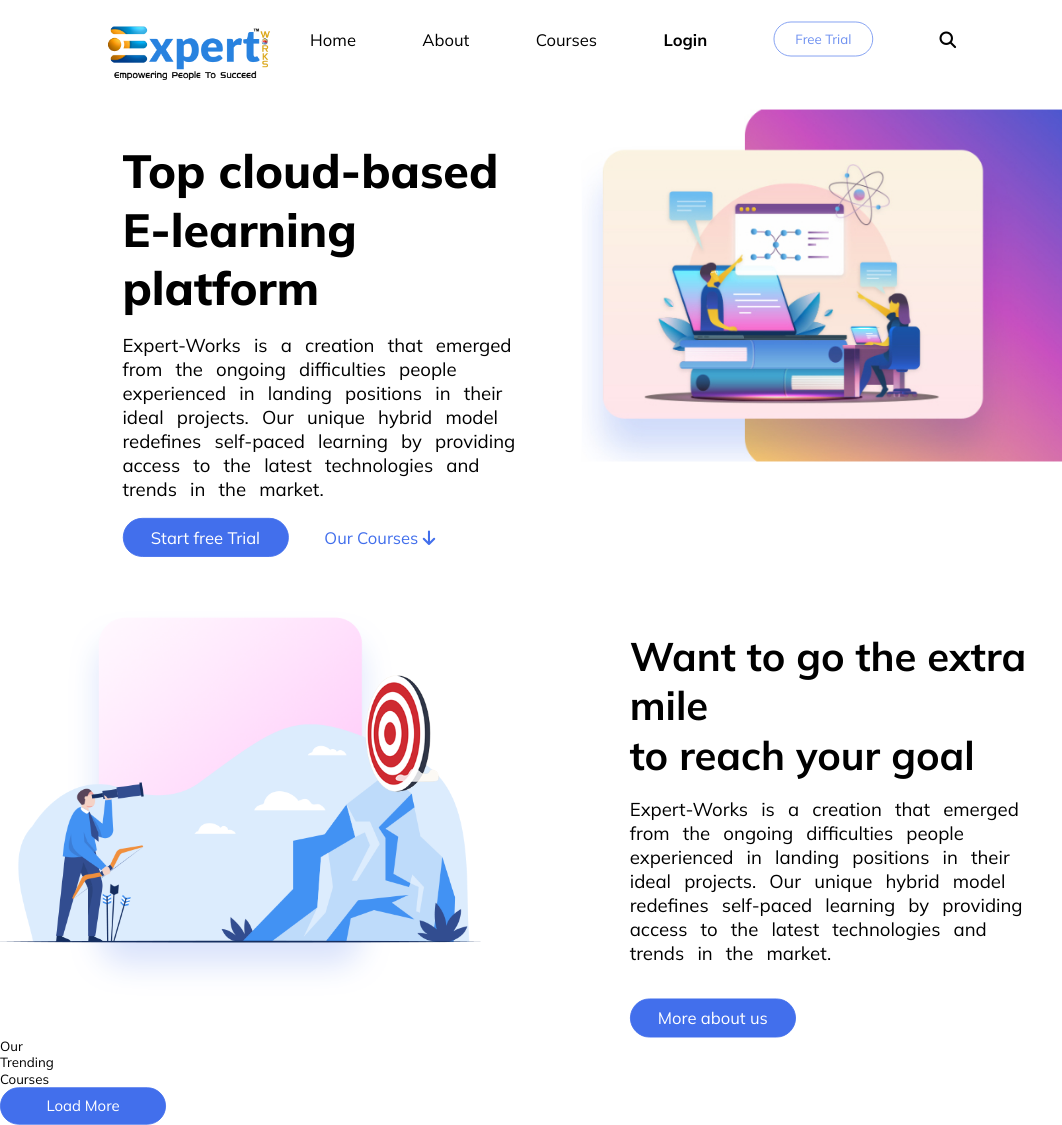
Repository: FlyweisReact/Raghu-B2C
Page: /homePage
An editor plug-in stored every save of this project. The page is shown before and after the next save, followed by the edit.
The browser window is 1280 px wide. The pictures show the whole page, at 83% of full size.
Some web libraries are served in a nearby version. The project was rebuilt for these pictures with package versions that can differ from the ones it lists, and the page was loaded fresh each time. Also part of the build but not shown: src/Footer/footer.scss, src/Footer/Footer.jsx, src/component/pages/courses/course.scss, src/component/Navbar/nav.scss, src/component/Navbar/Nav.jsx, src/component/navigation/NavItems.js, src/component/navigation/Dropdown.css, src/component/navigation/Dropdown.js and 43 more.

Above is the page before, as saved 2023-02-03 15:50:49.

### public/index.html
<!DOCTYPE html>
<html lang="en">
  <head>
    <meta charset="utf-8" />
    <link rel="icon" href="%PUBLIC_URL%/favicon.ico" />
    <meta name="viewport" content="width=device-width, initial-scale=1" />
    <meta name="theme-color" content="#000000" />
    <meta
      name="description"
      content="Web site created using create-react-app"
    />
    <link rel="apple-touch-icon" href="%PUBLIC_URL%/logo192.png" />
    <link href="https://fonts.googleapis.com/css2?family=Mulish:ital,wght@0,200;0,300;0,400;0,500;0,600;0,700;0,800;0,900;1,200;1,300;1,400;1,500;1,600;1,700;1,800&display=swap" rel="stylesheet">
    <link rel="manifest" href="%PUBLIC_URL%/manifest.json" />
    <title>Educational Web</title>
  </head>
  <body>
    <noscript>You need to enable JavaScript to run this app.</noscript>
    <div id="root"></div>
    <script src="https://kit.fontawesome.com/b533b351e4.js" crossorigin="anonymous"></script>
  </body>
</html>

### src/index.js
/** @format */

import React from "react";
import ReactDOM from "react-dom";
import { BrowserRouter } from "react-router-dom";
import App from "./App";

ReactDOM.render(
  <React.StrictMode>
    <BrowserRouter>
      <App />
    </BrowserRouter>
  </React.StrictMode>,
  document.getElementById("root")
);

### src/App.js
/** @format */

import { Routes, Route } from "react-router-dom";
import "./App.css";
import "./component/common.scss";
import Courses from "./component/pages/courses/Courses";
import Home from "./component/Home";
import Programs from "./component/pages/Programs/Programs";
import Login from "./component/pages/LoginPage/Login";
import CreateAccount from "./component/pages/CreateAccount/CreateAccount";
import UsertakenCourses from "./component/pages/UserTakenCourses/UsertakenCourses";
import ExploreMore from "./component/pages/morecourses/ExploreMore";
import Forgot from "./component/pages/forgotPassword/Forgot";
import OTP from "./component/pages/otp/OTP";
import Reset from "./component/pages/reset/Reset";
import ViewCourses from "./component/pages/viewCourses/ViewCourses";
import SignUpOtp from "./component/pages/signUpOtp/SignUpOtp"
import MyCourse from "./component/pages/Mycourse/MyCourse";
import MyCourseDesc from "./component/pages/Mycourse/MyCourseDesc";
import FreeTrial from "./component/pages/FreeTrial/FreeTrial";
import Subscription from "./component/pages/FreeTrial/Subscription";
import Billing from "./component/pages/FreeTrial/Billing";
import ThankYOu from "./component/pages/FreeTrial/ThankYOu";
import HomePage from "./HomePage";

function App() {
  const user = false;

  return (
    <div className="App">
      <Routes>
        <Route exect path="/" element={<Login />} />
        <Route exect path="/emailVerify" element={<Forgot />} />
        <Route exect path="/otp" element={<OTP />} />
        <Route exect path="/reset" element={<Reset />} />
        <Route exect path="/cources" element={<Courses />} />
        <Route exect path="/viewCourses" element={<ViewCourses />} />
        <Route exect path="/program" element={<Programs />} />
        <Route exect path="/home" element={<Home user={user} />} />
        <Route exect path="/create-acount" element={<CreateAccount />} />
        <Route exect path="/signUpOtp" element={<SignUpOtp />} />
        <Route exect path="/user" element={<UsertakenCourses />} />
        <Route exect path="/explore" element={<ExploreMore />} />
        <Route exect path="/myCourse" element={<MyCourse />} />
        <Route exect path="/myCourse/:id" element={<MyCourseDesc />} />
        <Route  exect path="/trial" element={<FreeTrial />} />
        <Route  exect path="/subscription" element={<Subscription />} />
        <Route  exect path="/billing" element={<Billing />} />
        <Route  exect path="/thank" element={<ThankYOu />} />
        <Route  exect path="/homePage" element={<HomePage />} />





      </Routes>
    </div>
  );
}

export default App;

### src/App.css
*{
  margin: 0;
  padding: 0;
  box-sizing: border-box;
  font-family: 'Mulish', sans-serif;
}
.hello{
  color:#7ABCFF;
color:  #3284D6;
color:  #D1E8FF;

}

### src/component/common.scss
.links{
    text-decoration: none;
    color: #fff;
    overflow-x: hidden;
}

*{
    // overflow-x: hidden;
    scroll-behavior: smooth;
}

### src/HomePage.js
/** @format */

import React from "react";
import "./HomePage.css";
// Images
import img from "./images/logo.png";
import img1 from './images/1st image.png'
import img2 from './images/2nd image.png'
import img3 from './images/Home.png'


const HomePage = () => {
  return (
    <>
      <div className="HomeNewnav">
        <div className="left">
          <img src={img} alt="" />
        </div>
        <div className="right">
          <ul>
            <li>Home</li>
            <li>About </li>
            <li>Courses</li>
            <li style={{ fontWeight: "bold" }}>Login</li>
            <button>Free Trial</button>
            <li>
              <i class="fa-solid fa-magnifying-glass"></i>
            </li>
          </ul>
        </div>
      </div>

      <div className="mainSecTwo">
        <div className="left">
          <p className="head">
            Top cloud-based <br /> E-learning platform{" "}
          </p>
          <p className="desc">
            Expert-Works is a creation that emerged from the ongoing
            difficulties people experienced in landing positions in their ideal
            projects. Our unique hybrid model redefines self-paced learning by
            providing access to the latest technologies and trends in the
            market.
          </p>
          <div className="btns">
            <button
              style={{
                backgroundColor: "#426fec",
                color: "#fff",
                width: "200px",
                border: "1px solid #426fec",
                fontSize: "20px",
                borderRadius: "50px",
                padding: "10px",
              }}
            >
              Start free Trial
            </button>
            <button
              style={{
                backgroundColor: "#fff",
                color: "#426fec",
                width: "200px",
                border: "none",
                fontSize: "20px",
                borderRadius: "50px",
                padding: "10px",
              }}
            >
              Our Courses <i class="fa-solid fa-arrow-down"></i>
            </button>
          </div>
        </div>
        <div className="right">
          <img
            src={img3}
            alt=""
          />
        </div>
      </div>

      <div className="mainSecTwo2">
        <div className="left">
          <img
            src={img2}
            alt=""
          />
        </div>
        <div className="right">
          <p className="head">
            Want to go the extra mile <br />
            to reach your goal
          </p>
          <p className="desc">
            Expert-Works is a creation that emerged from the ongoing
            difficulties people experienced in landing positions in their ideal
            projects. Our unique hybrid model redefines self-paced learning by
            providing access to the latest technologies and trends in the
            market.
          </p>
          <div className="btns">
            <button
              style={{
                backgroundColor: "#426fec",
                color: "#fff",
                width: "200px",
                border: "1px solid #426fec",
                fontSize: "20px",
                borderRadius: "50px",
                padding: "10px",
              }}
            >
              More about us
            </button>
          </div>
        </div>
      </div>

      <div className="centerMainDiv">
        <div className="left">
          <p className="head">
            Our <br /> Trending <br /> Courses
          </p>{" "}
          <button
            style={{
              backgroundColor: "#426fec",
              color: "#fff",
              width: "200px",
              border: "1px solid #426fec",
              fontSize: "18px",
              borderRadius: "50px",
              padding: "10px",
            }}
          >
           Load More
          </button>
        </div>
        <div className="right">
            <div className="group">
                <div></div>
            </div>
        </div>
      </div>
    </>
  );
};

export default HomePage;

### src/HomePage.css
.HomeNewnav{
    display: flex;
    justify-content: space-between;
    width: 80%;
    margin-left:10%;
    margin-top: 2%;
}
.HomeNewnav .left img{
    width: 200px;
}
.HomeNewnav .right ul {
    display: flex;
    gap: 5rem;
}
.HomeNewnav .right ul li{
    list-style: none;
    font-size: 20px;
    margin-top: 10px;
}
.HomeNewnav .right ul  button {
    width: 120px;
    font-size: 16px;
    margin-top: 0;
    border: 1px solid #6e90f0;
    color: #6e90f0;
    background-color: #fff;

    padding: 10px;
    border-radius: 50px;
}
.HomeNewnav .right ul li:hover{
    color: #6e90f0;
    cursor: pointer;
}



.mainSecTwo {
    display: flex;
    margin-top: 2%;
    gap: 2rem;
    justify-content: space-between;
}
.mainSecTwo .left{
    width: 50%;
    margin-left: 7%;
    margin-top: 3%;
}
.mainSecTwo .right{
    width: 50%;
}
.mainSecTwo .right img {
    width: 100%;
}
.mainSecTwo .left .head{
    font-size: 3.5rem;
    font-weight: 800;
    margin-left: 10%;

}
.mainSecTwo .left .desc{
    width: 500px;
    word-spacing: 10px;
    font-size: 1.4rem;
    margin-top: 20px;
    margin-left: 10%;
    color: #;
}
.mainSecTwo .left .btns{
    display: flex;
    gap: 10px;
    margin-left: 10%;
    margin-top: 20px;
}



.mainSecTwo2{
    display: flex;
    margin-top: 5%;
    gap: 2rem;
    justify-content: space-between;
}
.mainSecTwo2 .right{
    width: 50%;
    margin-top: 2%;
    margin-left: 7%;
}
.mainSecTwo2 .left{
    width: 50%;
}
.mainSecTwo2 .left img {
    width: 100%;
}
.mainSecTwo2 .right .head{
    font-size: 3rem;
    font-weight: bold;
    margin-left: 10%;
}
.mainSecTwo2 .right .desc{
    width: 500px;
    word-spacing: 10px;
    font-size: 1.4rem;
    margin-top: 20px;
    margin-left: 10%;
}
.mainSecTwo2 .right .btns{
    display: flex;
    gap: 10px;
    margin-left: 10%;
    margin-top: 40px;
}

Loaded but not shown: src/component/pages/viewCourses/viewCourses.css (no stored copy; drawn as an empty file)

After the next save:
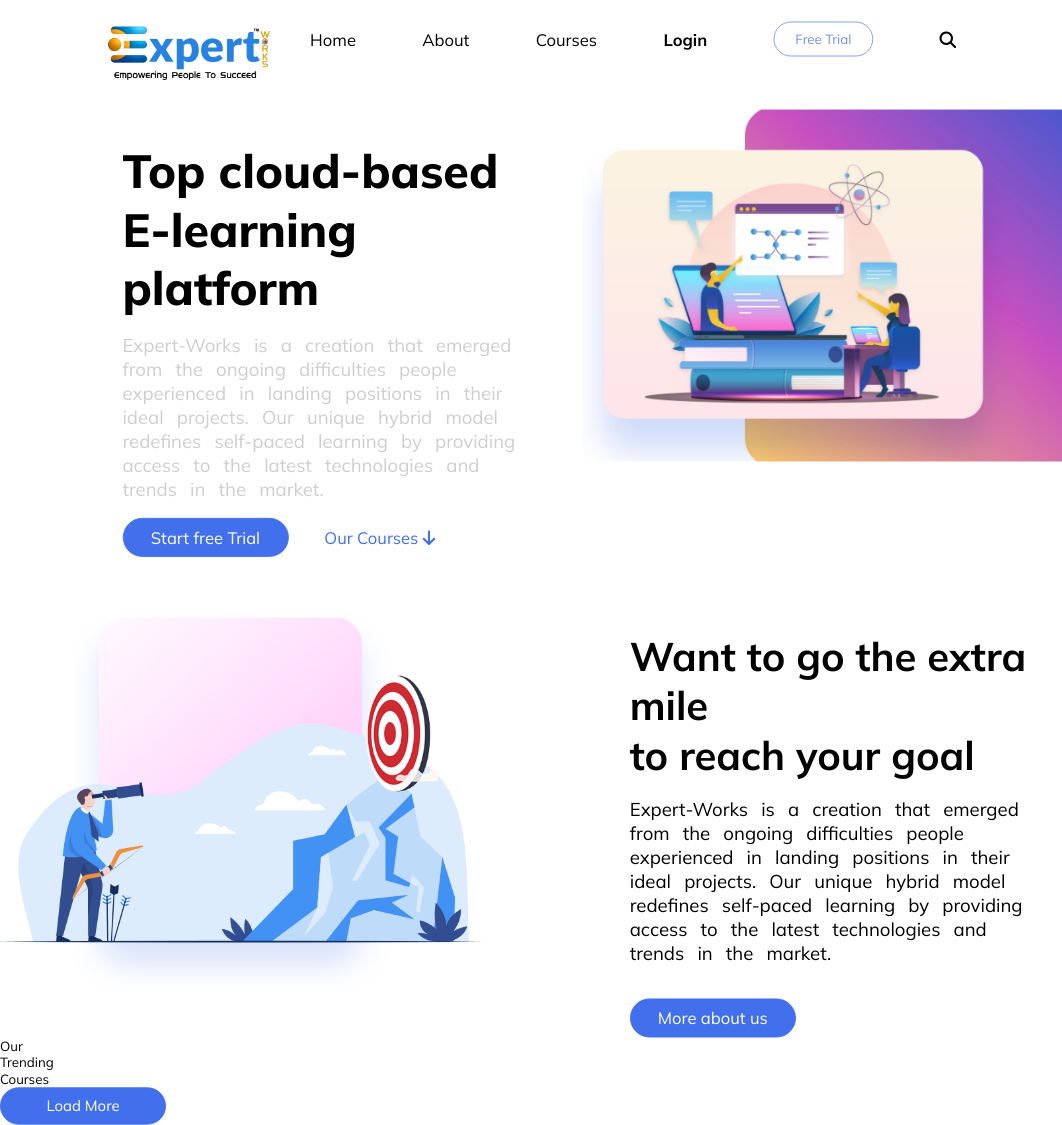
Saved 4 s later.
--- a/src/HomePage.css
+++ b/src/HomePage.css
@@ -64,7 +64,7 @@
     font-size: 1.4rem;
     margin-top: 20px;
     margin-left: 10%;
-    color: #;
+    color: #cecece;
 }
 .mainSecTwo .left .btns{
     display: flex;
